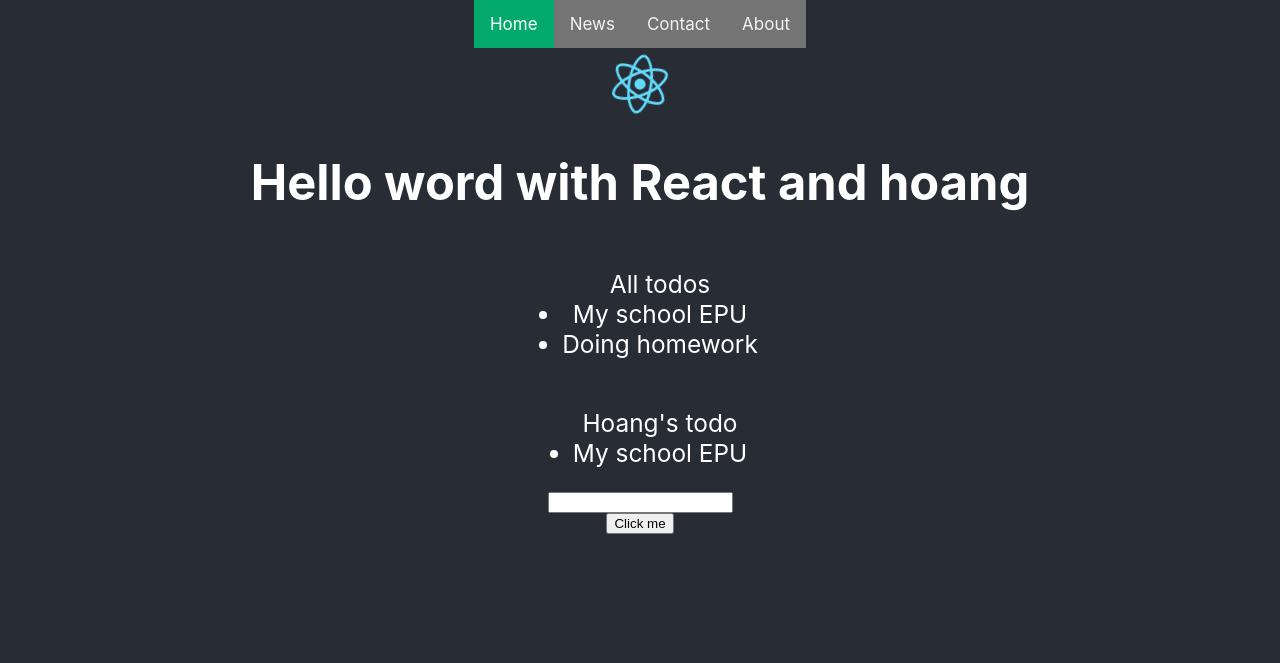
Repository: hoang0508/ReactJsHookBasic
Page: /
These files come from the project's save history. The page is drawn as it stood at one moment and after the next save; the edit follows.
The browser window is 1280 px wide. The pictures show the whole page.
The project was rebuilt for these pictures with package versions that can differ from the ones it lists, and the page was loaded fresh each time.

Above is the page before, as saved 2021-11-10 21:36:23.

### src/App.js
import logo from "./logo.svg";
import "./App.css";
import Nav from "./views/Nav";
import { useState } from "react";
import Todo from "./views/Todo";
// template + logic
// JSX
// babel
function App() {
  // state
  // let name = "Hoang";
  // useState (hook)
  let [name, setName] = useState("hoang");
  const [address, setAddress] = useState("");
  const [todos, setTodos] = useState([
    { id: "todo1", title: "My school EPU", type: "hoang" },
    { id: "todo2", title: "Doing homework", type: "huy" },
  ]);
  const handleEventClick = (event) => {
    // setName(address); // setName re render
    // console.log("click me", name);
    // hook not merge state
    if (!address) {
      alert("empty input");
      return;
    }
    let newTodo = { id: "abc", title: address, type: "hoang" };
    setTodos([...todos, newTodo]); // spread
    setAddress("");
  };
  const handleOnchangeInput = (event) => {
    setAddress(event.target.value);
    // console.log(event.target.value);
  };
  return (
    <div className="App">
      <header className="App-header">
        <Nav />
        <img src={logo} className="App-logo" alt="logo" />
        <h1>Hello word with React and {name}</h1>
        <Todo todos={todos} title={"All todos"} />
        <Todo
          todos={todos.filter((item) => item.type === "hoang")}
          title={"Hoang's todo"}
        />
        <input
          type="text"
          value={address}
          onChange={(event) => handleOnchangeInput(event)}
        />
        <button type="button" onClick={(event) => handleEventClick(event)}>
          Click me
        </button>
      </header>
    </div>
  );
}

export default App;

### src/App.css
.App {
  text-align: center;
}

.App-logo {
  height: 10vmin;
  pointer-events: none;
}

@media (prefers-reduced-motion: no-preference) {
  .App-logo {
    animation: App-logo-spin infinite 20s linear;
  }
}

.App-header {
  background-color: #282c34;
  min-height: 100vh;
  display: flex;
  flex-direction: column;
  align-items: center;
  /* justify-content: center; */
  font-size: calc(10px + 2vmin);
  color: white;
}

.App-link {
  color: #61dafb;
}

@keyframes App-logo-spin {
  from {
    transform: rotate(0deg);
  }
  to {
    transform: rotate(360deg);
  }
}

### src/views/Nav.js
import "./Nav.scss";
const Nav = () => {
  return (
    <div className="topnav">
      <a className="active" href="#home">
        Home
      </a>
      <a href="#news">News</a>
      <a href="#contact">Contact</a>
      <a href="#about">About</a>
    </div>
  );
};

export default Nav;

### src/views/Todo.js
const Todo = (props) => {
  // properties
  // parent => child , top => bottom
  const todos = props.todos; // prop từ cha xuống con
  return (
    <ul className="todo-container">
      <div className="title">{props.title}</div>
      {todos.map((todo) => {
        return (
          <div key={todo.id}>
            <li className="todo-child">{todo.title}</li>
          </div>
        );
      })}
    </ul>
  );
};

export default Todo;

### src/views/Nav.scss
.topnav {
  overflow: hidden;
  background-color: #747474;
  a {
    float: left;
    color: #f2f2f2;
    text-align: center;
    padding: 14px 16px;
    text-decoration: none;
    font-size: 17px;
  }
  a:hover {
    background-color: #ddd;
    color: black;
  }
  a.active {
    background-color: #04aa6d;
    color: white;
  }
}

Loaded but not shown: public/index.html (common file); src/index.js (common file); src/index.css (common file); src/reportWebVitals.js (common file)

After the next save:
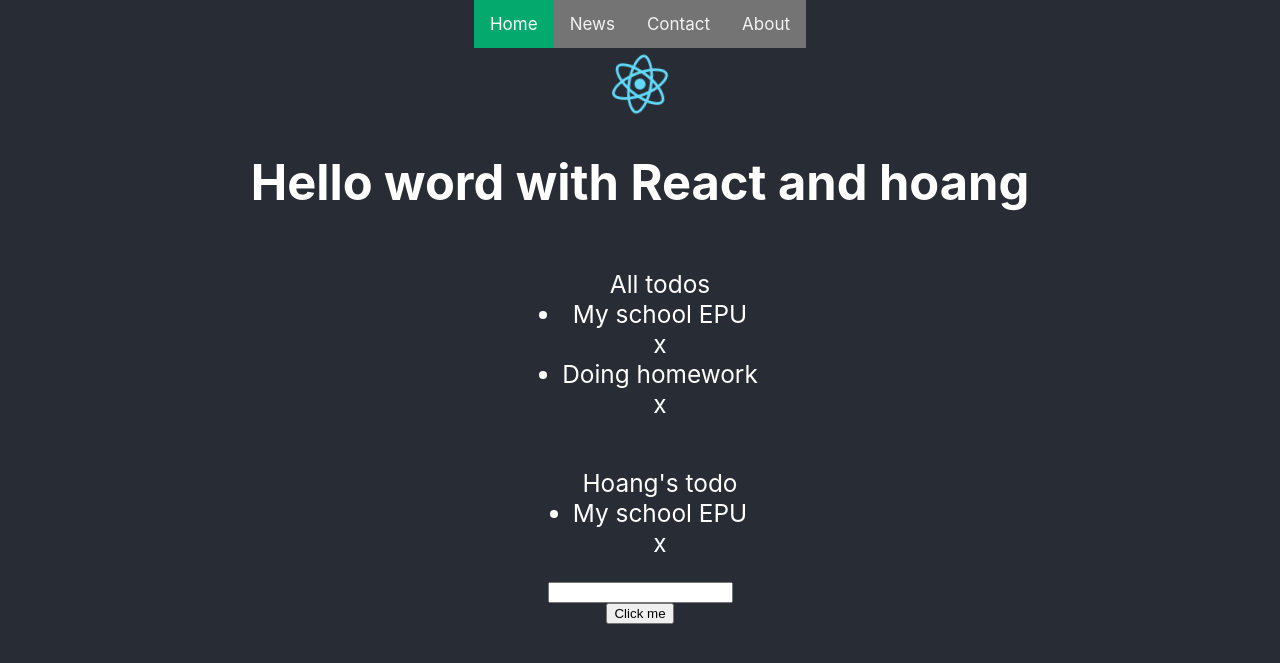
Saved 23 s later.
--- a/src/views/Todo.js
+++ b/src/views/Todo.js
@@ -9,6 +9,7 @@
         return (
           <div key={todo.id}>
             <li className="todo-child">{todo.title}</li>
+            <span>x</span>
           </div>
         );
       })}
